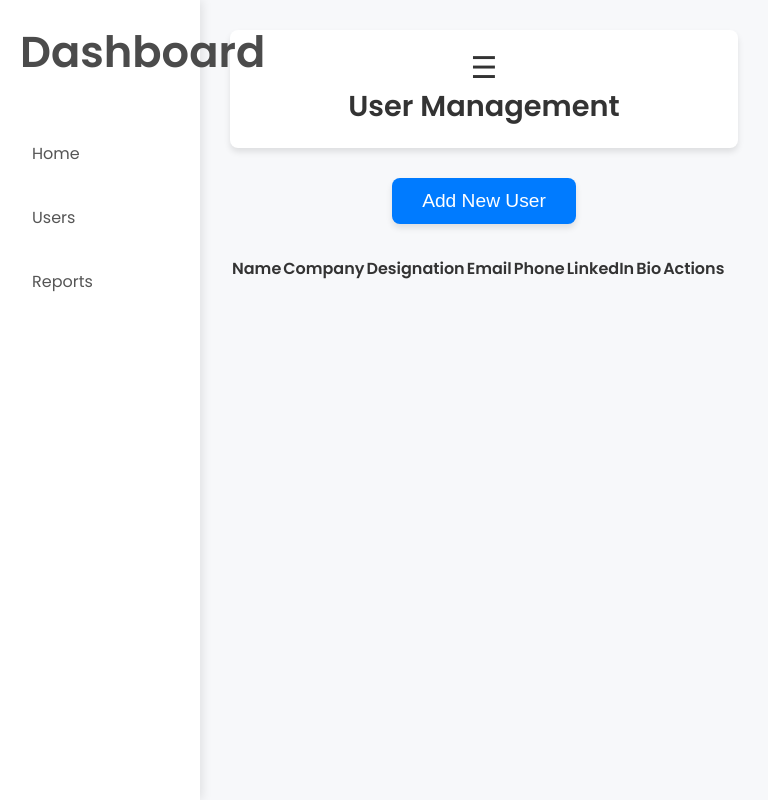
Repository: anazhtz/index
Page: index.html
The author's editor kept a copy of each file at every save. The page is drawn from the files as they stood at one save, then again after the next save.
The browser window is 768 px wide. The pictures show the whole page.

Above is the page before, as saved 2024-11-14 15:30:12.

### index.html
<!DOCTYPE html>
<html lang="en">
<head>
    <meta charset="UTF-8">
    <meta name="viewport" content="width=device-width, initial-scale=1.0">
    <meta http-equiv="X-UA-Compatible" content="ie=edge">
    <title>User Management - CRUD</title>
    <link href="https://fonts.googleapis.com/css2?family=Poppins:wght@300;400;500;600&display=swap" rel="stylesheet">
    <link rel="stylesheet" href="styles.css">
</head>
<body>
    <!-- Sidebar -->
    <div class="sidebar">
        <div class="sidebar-header">
            <h2>Dashboard</h2>
        </div>
        <ul class="sidebar-links">
            <li><a href="#">Home</a></li>
            <li><a href="#">Users</a></li>
            <li><a href="#">Reports</a></li>
        </ul>
    </div>

    <!-- Main Content Area -->
    <div class="main-content">
        <!-- Top Bar -->
        <div class="top-bar">
            <div class="top-bar-left">
                <button class="menu-toggle" id="menuToggle">☰</button>
            </div>
            <div class="top-bar-right">
                <h2>User Management</h2>
            </div>
        </div>

        <!-- Content Section -->
        <div class="content">
            <div class="actions">
                <button class="btn add-btn" id="addBtn">Add New User</button>
            </div>

            <!-- Table to display users -->
            <div class="table-container">
                <table id="userTable">
                    <thead>
                        <tr>
                            <th>Name</th>
                            <th>Company</th>
                            <th>Designation</th>
                            <th>Email</th>
                            <th>Phone</th>
                            <th>LinkedIn</th>
                            <th>Bio</th>
                            <th>Actions</th>
                        </tr>
                    </thead>
                    <tbody id="userTableBody">
                        <!-- User rows will be added dynamically -->
                    </tbody>
                </table>
            </div>
        </div>
    </div>

    <!-- User Form Modal -->
    <div class="modal" id="userModal">
        <div class="modal-content">
            <span class="close-btn" id="closeModal">&times;</span>
            <h2 id="modalTitle">Add New User</h2>
            <form id="userForm">
                <input type="hidden" id="userId">
                <input type="text" id="userName" placeholder="Full Name" required>
                <input type="text" id="userCompany" placeholder="Company Name" required>
                <input type="text" id="userDesignation" placeholder="Designation" required>
                <input type="email" id="userEmail" placeholder="Email Address" required>
                <input type="text" id="userPhone" placeholder="Phone Number" required>
                <input type="text" id="userLinkedin" placeholder="LinkedIn URL" required>
                <textarea id="userBio" placeholder="Short Bio" required></textarea>
                <button type="submit" class="btn">Save User</button>
            </form>
        </div>
    </div>

    <script src="script.js"></script>
</body>
</html>

### styles.css
/* General Reset */
* {
    margin: 0;
    padding: 0;
    box-sizing: border-box;
}

/* Body Styling */
body {
    font-family: 'Poppins', sans-serif;
    display: flex;
    height: 100vh;
    background-color: #f7f8fa;
    color: #333;
}

/* Sidebar Styling */
.sidebar {
    width: 240px;
    background-color: #ffffff;
    color: #333;
    padding: 20px;
    position: fixed;
    top: 0;
    bottom: 0;
    left: 0;
    display: flex;
    flex-direction: column;
    box-shadow: 2px 0 10px rgba(0, 0, 0, 0.1);
    transition: 0.3s ease;
}

.sidebar-header {
    font-size: 1.8rem;
    font-weight: 600;
    margin-bottom: 30px;
    text-align: center;
    color: #4b4b4b;
}

.sidebar-links {
    list-style: none;
}

.sidebar-links li {
    margin: 15px 0;
}

.sidebar-links li a {
    color: #555;
    text-decoration: none;
    font-size: 1rem;
    display: block;
    padding: 12px;
    border-radius: 4px;
    transition: all 0.3s;
}

.sidebar-links li a:hover {
    background-color: #f1f3f5;
    padding-left: 15px;
}

/* Main Content Area */
.main-content {
    margin-left: 240px;
    width: 100%;
    padding: 30px;
    height: 100%;
    transition: margin-left 0.3s ease;
}

/* Top Bar */
.top-bar {
    display: flex;
    justify-content: space-between;
    background-color: #ffffff;
    color: #333;
    padding: 20px;
    border-radius: 8px;
    margin-bottom: 30px;
    box-shadow: 0px 4px 6px rgba(0, 0, 0, 0.1);
}

.top-bar-left .menu-toggle {
    font-size: 30px;
    background: none;
    border: none;
    color: #333;
    cursor: pointer;
}

.top-bar-right h2 {
    font-size: 1.8rem;
    font-weight: 600;
}

/* Content Section */
.actions {
    text-align: center;
    margin-bottom: 30px;
}

.actions .btn {
    background-color: #007bff;
    border: none;
    color: white;
    padding: 12px 30px;
    border-radius: 8px;
    font-size: 1.2rem;
    cursor: pointer;
    transition: background-color 0.3s ease;
    box-shadow: 0px 4px 6px rgba(0, 0, 0, 0.1);
}

.actions .btn:hover {
    background-color: #0056b3;
}

/* User Cards */
.user-cards {
    display: grid;
    grid-template-columns: repeat(auto-fill, minmax(300px, 1fr));
    gap: 20px;
    margin-top: 20px;
}

.user-card {
    background-color: #fff;
    padding: 20px;
    border-radius: 8px;
    box-shadow: 0 4px 10px rgba(0, 0, 0, 0.1);
    transition: transform 0.3s ease, box-shadow 0.3s ease;
}

.user-card:hover {
    transform: translateY(-5px);
    box-shadow: 0 8px 20px rgba(0, 0, 0, 0.2);
}

.user-card h3 {
    font-size: 1.5rem;
    margin-bottom: 15px;
}

.user-card p {
    color: #777;
    margin: 5px 0;
}

.user-card .btn {
    background-color: #28a745;
    color: #fff;
    font-size: 1rem;
    padding: 8px 15px;
    border-radius: 5px;
    text-decoration: none;
    margin-top: 10px;
    display: inline-block;
    transition: background-color 0.3s ease;
}

.user-card .btn:hover {
    background-color: #218838;
}

/* Modal Styling */
.modal {
    display: none;
    position: fixed;
    top: 0;
    left: 0;
    width: 100%;
    height: 100%;
    background: rgba(0, 0, 0, 0.5);
    justify-content: center;
    align-items: center;
    z-index: 1000;
}

.modal-content {
    background-color: #fff;
    padding: 40px;
    width: 500px;
    border-radius: 8px;
    box-shadow: 0 6px 20px rgba(0, 0, 0, 0.1);
}

.close-btn {
    font-size: 30px;
    color: #333;
    position: absolute;
    top: 20px;
    right: 20px;
    cursor: pointer;
}

/* Form Inputs and Textareas */
input[type="text"], input[type="email"], textarea {
    width: 100%;
    padding: 12px;
    margin-bottom: 20px;
    border: 1px solid #ddd;
    border-radius: 4px;
    font-size: 1rem;
    transition: border-color 0.3s ease;
}

input[type="text"]:focus, input[type="email"]:focus, textarea:focus {
    border-color: #007bff;
}

/* Responsive Design */
@media (max-width: 768px) {
    .sidebar {
        width: 200px;
    }

    .main-content {
        margin-left: 200px;
    }

    .top-bar {
        flex-direction: column;
        align-items: center;
    }

    .user-cards {
        grid-template-columns: 1fr;
    }
}

### script.js
let users = [];

// Modal and form elements
const userModal = document.getElementById("userModal");
const closeModal = document.getElementById("closeModal");
const userForm = document.getElementById("userForm");

// Add/Edit user fields
const userName = document.getElementById("userName");
const userCompany = document.getElementById("userCompany");
const userDesignation = document.getElementById("userDesignation");
const userEmail = document.getElementById("userEmail");
const userPhone = document.getElementById("userPhone");
const userLinkedin = document.getElementById("userLinkedin");
const userBio = document.getElementById("userBio");
const userId = document.getElementById("userId");
const modalTitle = document.getElementById("modalTitle");

const userTableBody = document.getElementById("userTableBody");
const addBtn = document.getElementById("addBtn");

// Open modal for adding a new user
addBtn.addEventListener("click", () => {
    userForm.reset();
    modalTitle.textContent = "Add New User";
    userModal.style.display = "flex";
});

// Close modal
closeModal.addEventListener("click", () => {
    userModal.style.display = "none";
});

// Save new user or edit an existing user
userForm.addEventListener("submit", (event) => {
    event.preventDefault();
    const user = {
        id: userId.value || Date.now().toString(),
        name: userName.value,
        company: userCompany.value,
        designation: userDesignation.value,
        email: userEmail.value,
        phone: userPhone.value,
        linkedin: userLinkedin.value,
        bio: userBio.value
    };

    if (userId.value) {
        const index = users.findIndex((u) => u.id === user.id);
        users[index] = user;
    } else {
        users.push(user);
    }

    renderUsers();
    userModal.style.display = "none";
});

// Render users in the table
function renderUsers() {
    userTableBody.innerHTML = "";
    users.forEach((user) => {
        const row = document.createElement('tr');
        row.innerHTML = `
            <td>${user.name}</td>
            <td>${user.company}</td>
            <td>${user.designation}</td>
            <td>${user.email}</td>
            <td>${user.phone}</td>
            <td><a href="${user.linkedin}" target="_blank">Profile</a></td>
            <td>${user.bio}</td>
            <td>
                <button class="btn edit-btn" onclick="editUser('${user.id}')">Edit</button>
                <button class="btn delete-btn" onclick="deleteUser('${user.id}')">Delete</button>
            </td>
        `;
        userTableBody.appendChild(row);
    });
}

// Edit user
function editUser(id) {
    const user = users.find((user) => user.id === id);
    userId.value = user.id;
    userName.value = user.name;
    userCompany.value = user.company;
    userDesignation.value = user.designation;
    userEmail.value = user.email;
    userPhone.value = user.phone;
    userLinkedin.value = user.linkedin;
    userBio.value = user.bio;
    modalTitle.textContent = "Edit User";
    userModal.style.display = "flex";
}

// Delete user
function deleteUser(id) {
    users = users.filter((user) => user.id !== id);
    renderUsers();
}

// Initial render
renderUsers();

After the next save:
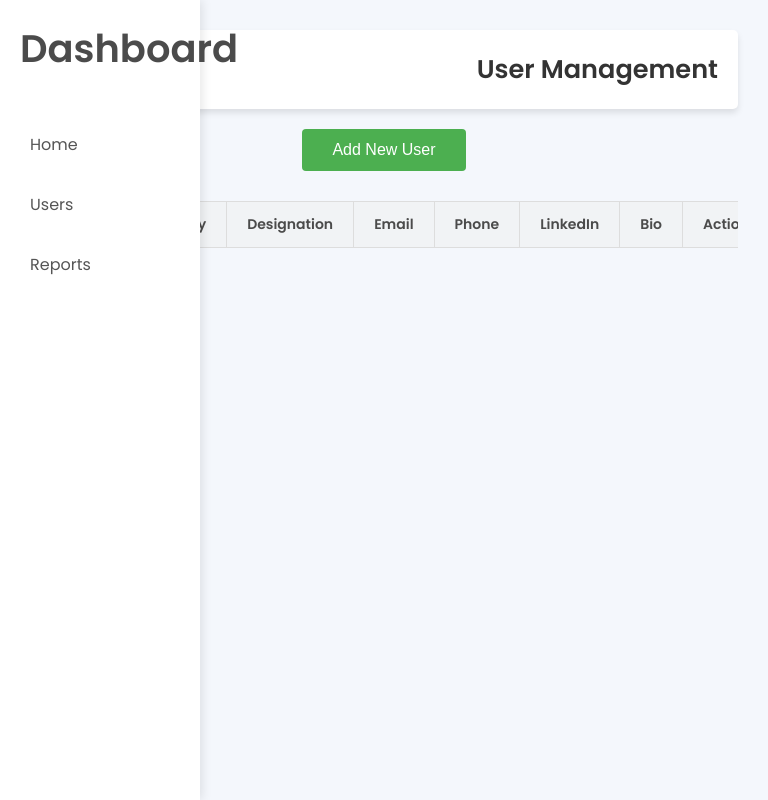
Saved 3 s later.
--- a/styles.css
+++ b/styles.css
@@ -10,7 +10,7 @@ body {
     font-family: 'Poppins', sans-serif;
     display: flex;
     height: 100vh;
-    background-color: #f7f8fa;
+    background-color: #f4f7fc;
     color: #333;
 }
 
@@ -27,11 +27,10 @@ body {
     display: flex;
     flex-direction: column;
     box-shadow: 2px 0 10px rgba(0, 0, 0, 0.1);
-    transition: 0.3s ease;
 }
 
 .sidebar-header {
-    font-size: 1.8rem;
+    font-size: 1.6rem;
     font-weight: 600;
     margin-bottom: 30px;
     text-align: center;
@@ -51,13 +50,13 @@ body {
     text-decoration: none;
     font-size: 1rem;
     display: block;
-    padding: 12px;
+    padding: 10px;
     border-radius: 4px;
     transition: all 0.3s;
 }
 
 .sidebar-links li a:hover {
-    background-color: #f1f3f5;
+    background-color: #e2e6ea;
     padding-left: 15px;
 }
 
@@ -77,8 +76,8 @@ body {
     background-color: #ffffff;
     color: #333;
     padding: 20px;
-    border-radius: 8px;
-    margin-bottom: 30px;
+    border-radius: 5px;
+    margin-bottom: 20px;
     box-shadow: 0px 4px 6px rgba(0, 0, 0, 0.1);
 }
 
@@ -91,7 +90,7 @@ body {
 }
 
 .top-bar-right h2 {
-    font-size: 1.8rem;
+    font-size: 1.6rem;
     font-weight: 600;
 }
 
@@ -102,66 +101,59 @@ body {
 }
 
 .actions .btn {
-    background-color: #007bff;
+    background-color: #4caf50;
     border: none;
     color: white;
     padding: 12px 30px;
-    border-radius: 8px;
-    font-size: 1.2rem;
+    border-radius: 4px;
+    font-size: 1rem;
     cursor: pointer;
     transition: background-color 0.3s ease;
-    box-shadow: 0px 4px 6px rgba(0, 0, 0, 0.1);
 }
 
 .actions .btn:hover {
-    background-color: #0056b3;
-}
-
-/* User Cards */
-.user-cards {
-    display: grid;
-    grid-template-columns: repeat(auto-fill, minmax(300px, 1fr));
-    gap: 20px;
+    background-color: #45a049;
+}
+
+/* Table Styling */
+.table-container {
+    overflow-x: auto;
     margin-top: 20px;
 }
 
-.user-card {
-    background-color: #fff;
-    padding: 20px;
-    border-radius: 8px;
-    box-shadow: 0 4px 10px rgba(0, 0, 0, 0.1);
-    transition: transform 0.3s ease, box-shadow 0.3s ease;
-}
-
-.user-card:hover {
-    transform: translateY(-5px);
-    box-shadow: 0 8px 20px rgba(0, 0, 0, 0.2);
-}
-
-.user-card h3 {
-    font-size: 1.5rem;
-    margin-bottom: 15px;
-}
-
-.user-card p {
-    color: #777;
-    margin: 5px 0;
-}
-
-.user-card .btn {
-    background-color: #28a745;
-    color: #fff;
-    font-size: 1rem;
-    padding: 8px 15px;
-    border-radius: 5px;
+table {
+    width: 100%;
+    border-collapse: collapse;
+}
+
+table th, table td {
+    padding: 12px 20px;
+    text-align: left;
+    border: 1px solid #ddd;
+}
+
+table th {
+    background-color: #f1f3f5;
+    color: #4b4b4b;
+    font-weight: 600;
+}
+
+table td {
+    background-color: #ffffff;
+    color: #333;
+}
+
+table tr:hover td {
+    background-color: #f1f3f5;
+}
+
+table td a {
+    color: #007bff;
     text-decoration: none;
-    margin-top: 10px;
-    display: inline-block;
-    transition: background-color 0.3s ease;
-}
-
-.user-card .btn:hover {
-    background-color: #218838;
+}
+
+table td a:hover {
+    text-decoration: underline;
 }
 
 /* Modal Styling */
@@ -203,11 +195,10 @@ input[type="text"], input[type="email"], textarea {
     border: 1px solid #ddd;
     border-radius: 4px;
     font-size: 1rem;
-    transition: border-color 0.3s ease;
-}
-
-input[type="text"]:focus, input[type="email"]:focus, textarea:focus {
-    border-color: #007bff;
+}
+
+textarea {
+    resize: vertical;
 }
 
 /* Responsive Design */
@@ -217,15 +208,14 @@ input[type="text"]:focus, input[type="email"]:focus, textarea:focus {
     }
 
     .main-content {
-        margin-left: 200px;
-    }
-
-    .top-bar {
-        flex-direction: column;
-        align-items: center;
-    }
-
-    .user-cards {
-        grid-template-columns: 1fr;
-    }
-}
+        margin-left: 0;
+    }
+
+    .top-bar-left .menu-toggle {
+        font-size: 25px;
+    }
+
+    table {
+        font-size: 14px;
+    }
+}
